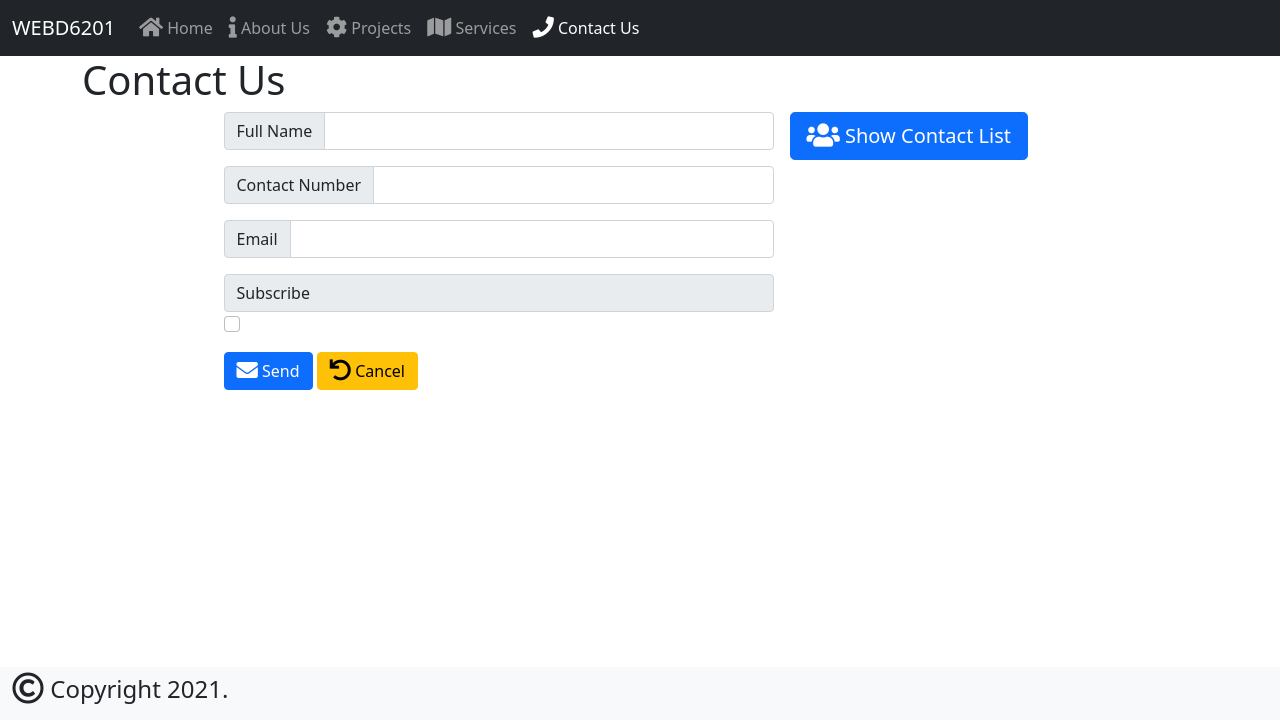
Repository: aphim/webd6201ICE6
Page: contact.html
These files come from the project's save history. The page is drawn as it stood at one moment and after the next save; the edit follows.
The browser window is 1280 px wide. The pictures show the whole page.

Above is the page before, as saved 2021-02-04 09:07:15.

After the next save:
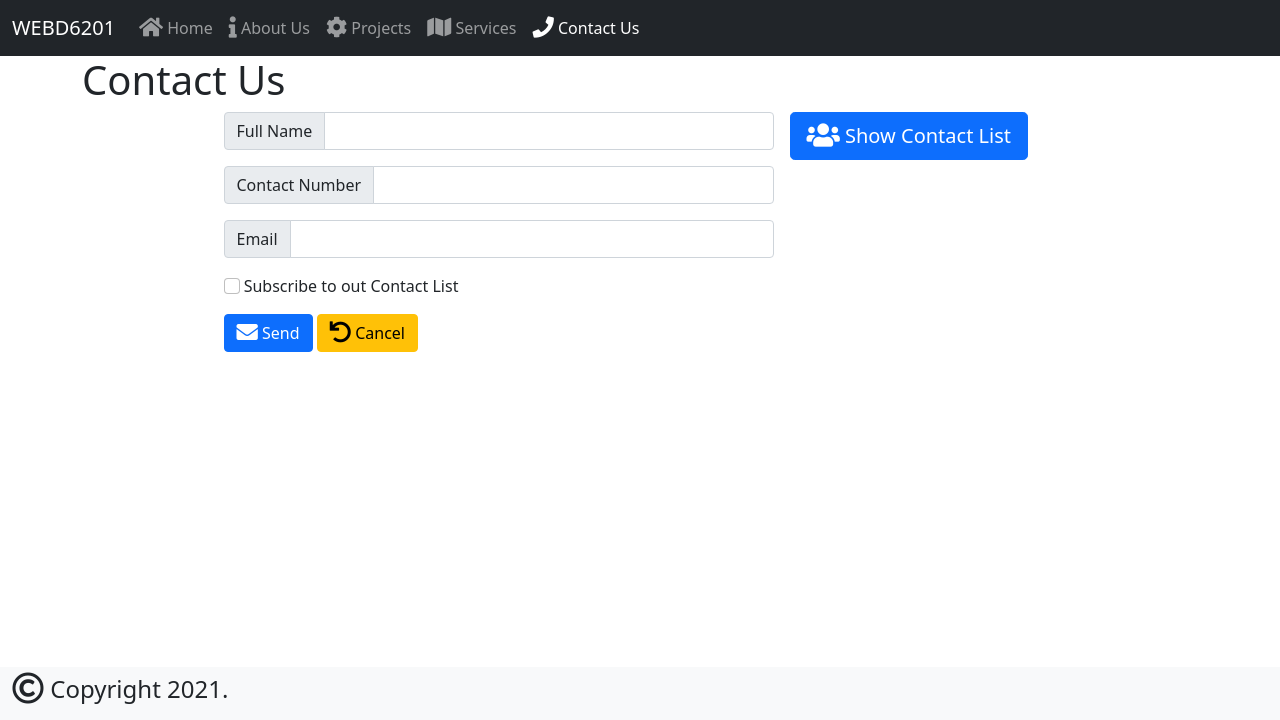
Saved 105 s later.
--- a/contact.html
+++ b/contact.html
@@ -73,8 +73,8 @@
             </div>
 
             <div class="input-groun mb-3">
-              <span class="input-group-text" id="inputGroup-sizing-default">Subscribe</span>
               <input class="form-check-input" type="checkbox" value="" id="subscribeCheckbox" name="subscribeCheckbox">
+              <label class="form-check-label" for="subscribeCheckbox">Subscribe to out Contact List</label>
             </div>
 
             <button id="sendButton" type="submit" class="btn btn-primary"><i class="fas fa-envelope fa-lg"></i> Send</button>
